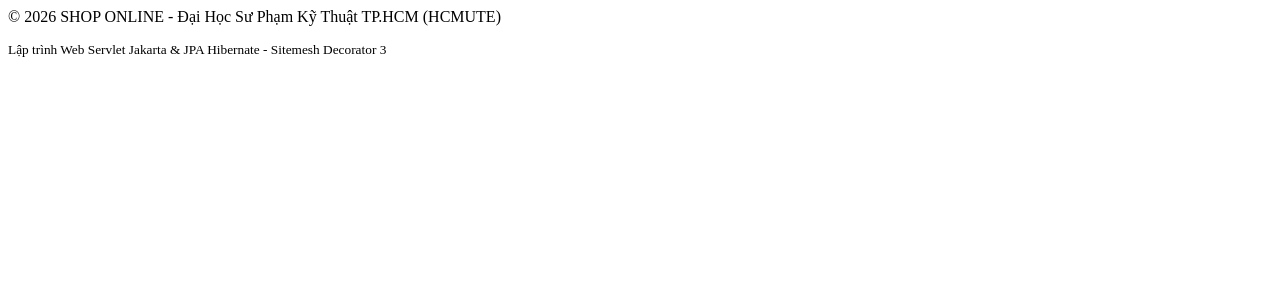
Repository: tanguyenhuy/LapTrinhWeb_BT4
Page: http://localhost/bt1/common/web/footer.jsp
These files come from the project's save history. The page is drawn as it stood at one moment and after a run of saves; the edit follows.
The browser window is 1280 px wide. The pictures show the whole page.
The page is served by Tomcat 10. Nobody is signed in. The application's start-up code is not run.

Above is the page before, as saved 2026-09-04 01:36:19.

After the next 2 saves:
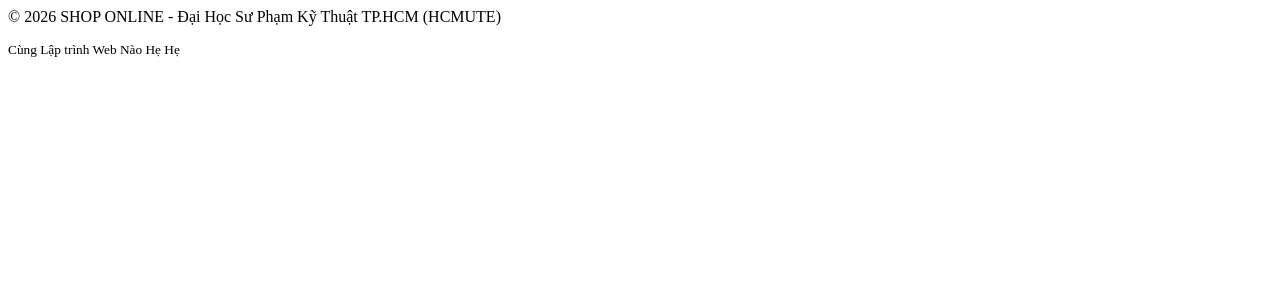
The 2 saves are shown as one change because they came seconds apart.
The last was saved 32 s later.
--- a/bt1/src/main/webapp/common/web/footer.jsp
+++ b/bt1/src/main/webapp/common/web/footer.jsp
@@ -2,6 +2,6 @@
 <footer class="bg-dark text-white py-4 mt-auto border-top border-secondary">
     <div class="container text-center">
         <p class="mb-1 fw-bold">&copy; 2026 SHOP ONLINE - Đại Học Sư Phạm Kỹ Thuật TP.HCM (HCMUTE)</p>
-        <small class="text-secondary">Lập trình Web Servlet Jakarta & JPA Hibernate - Sitemesh Decorator 3</small>
+        <small class="text-secondary">Cùng Lập trình Web Nào Hẹ Hẹ</small>
     </div>
 </footer>
